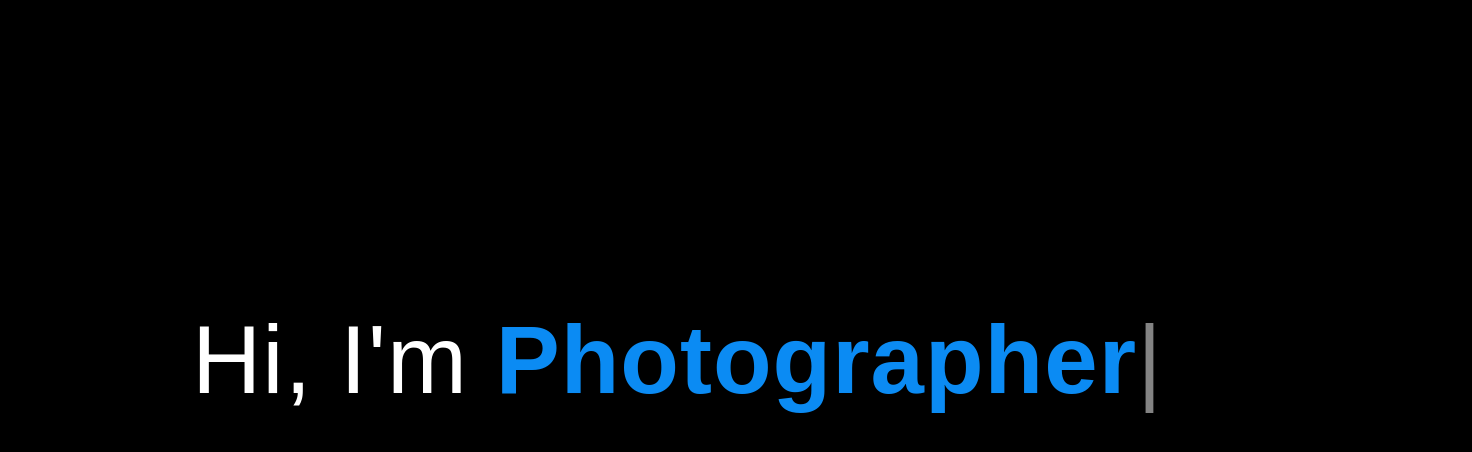
Repository: DevMike1993/Animations_HTML_CSS_JAVASCRIPT
Page: 03_Typing_Text_Animation_2/index.html
These files come from the project's save history. The page is drawn as it stood at one moment and after the next save; the edit follows.
The browser window is 1280 px wide. The page is 1472 px wide, so the pictures cover 1472 px, including what lies to the right of the window. The pictures show the whole page.
Some web libraries are served in a nearby version.

Above is the page before, as saved 2023-12-06 23:13:54.

### 03_Typing_Text_Animation_2/index.html
<!DOCTYPE html>
<html lang="en">
<head>
    <meta charset="UTF-8">
    <meta name="viewport" content="width=device-width, initial-scale=1.0">
    <link rel="stylesheet" href="style.css">
    <title>Typing Text Animation 2</title>
</head>
<body>
    <div class="wrapper">
        <span>Hi, I'm <span class="multiText">Coder</span></span>
    </div>

    <script src="https://unpkg.com/typed.js@2.1.0/dist/typed.umd.js"></script>
    <script>
        var typingEffect = new Typed(".multiText",{
            strings : ["Coder", "Blogger", "Photographer", ]
        })

    </script>

</body>
</html>

### 03_Typing_Text_Animation_2/style.css
* {
    margin: 0;
    padding: 0;
    font-family: "Montserrat", sans-serif;
    box-sizing: border-box;
}


body {
    display: grid;
    min-height: 100vh;
    place-items: center;
    background: #000;
    background-size: cover;
}

.wrapper {
    color: #fff;
    position: absolute;
    width: 100%;
    left: 15%;
}

span {
    color: #fff;
    font-size: 7.5vw;
    font-weight: 500;
    letter-spacing: 1px;
}

.multiText {
    font-weight: 800;
    color: rgb(11, 139, 243);
    text-transform: capitalize;

}

After the next save:
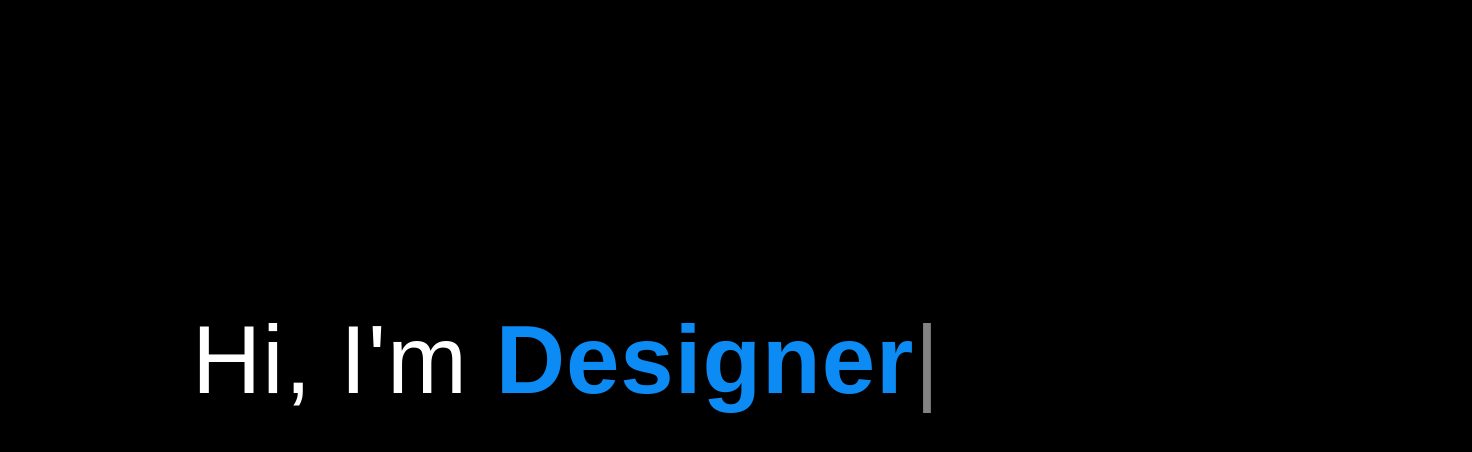
Saved 12 s later.
--- a/03_Typing_Text_Animation_2/index.html
+++ b/03_Typing_Text_Animation_2/index.html
@@ -14,7 +14,7 @@
     <script src="https://unpkg.com/typed.js@2.1.0/dist/typed.umd.js"></script>
     <script>
         var typingEffect = new Typed(".multiText",{
-            strings : ["Coder", "Blogger", "Photographer", ]
+            strings : ["Coder", "Blogger", "Photographer", "Designer"]
         })
 
     </script>
